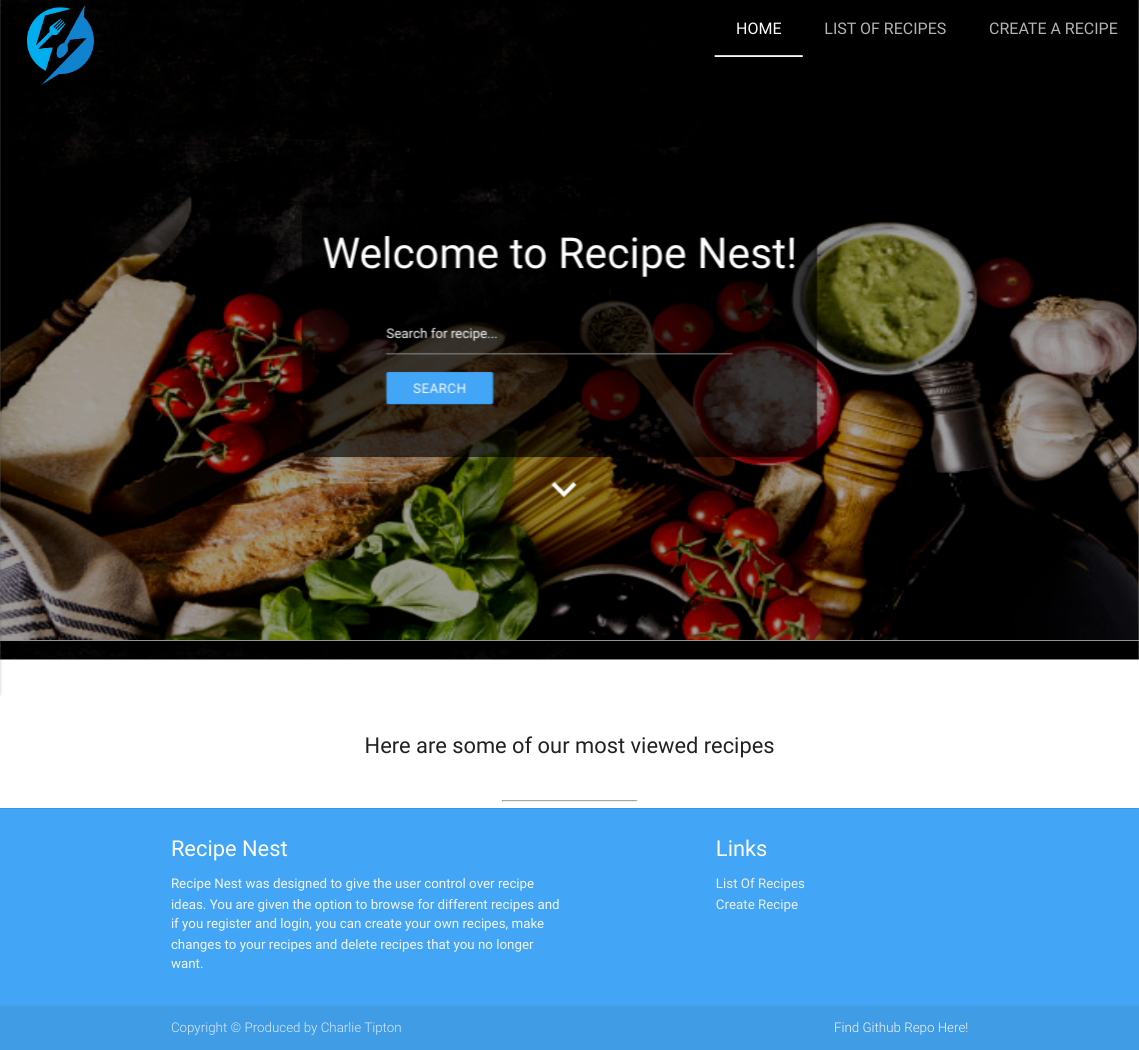
Repository: CharlieJT/Recipes
Page: http://localhost/
The author's editor kept a record of every edit. The page is drawn from the files as they stood at one moment, then again after the next edit.
The browser window is 1280 px wide. The pictures show the whole page, at 89% of full size.
Backgrounds fixed to the window are drawn as part of the page. Some web libraries are served in a nearby version. The page is served by the project's application, run on Flask 3 (app.py). Queries for data that is not in the repository find no rows.

Above is the page before.

### templates/index.html
{% extends 'base.html' %} {% block content %}


<div class="container-fluid main-image-container">
    <div class="opaque-background" />
    <div class="row">
        <div class="col main-recipe-images-column">
            <div class="main-recipe-images">
            </div>
        </div>
    </div>


    <div class="container-fluid title-container">
        <div class="row">
            <div class="col main-heading-column">
                <div class="row">
                    <div class="col s12">
                        <h1>Welcome to Recipe Nest!</h1>
                    </div>
                    <div class="container">
                        <div class="row">
                            <form class="col s12">
                                <div class="row search-bar-row">
                                    <div class="input-field col s12">
                                        <input id="search" type="text" class="validate">
                                        <label for="search">Search for recipe...</label>
                                        <div class="search-button">
                                            <button class="btn waves-effect waves-light blue lighten-1" type="submit" name="action">Search</button>
                                        </div>
                                    </div>
                                </div>
                            </form>
                        </div>
                    </div>
                </div>
            </div>
            <div class="col s12">
                <a class="down-arrow-link" href="#recipe-container">
                <i class="material-icons down-arrow">keyboard_arrow_down</i>
            </a>
            </div>
        </div>
    </div>


    <!-- Each Recipe Card -->

    <div id="recipe-container" class="container-fluid ">
        <div class="row recipe-row">
            <div class="mostly-viewed-heading-column col s12">
                <h5>Here are some of our most viewed recipes</h5>
            </div>
            <hr class='most-viewed-divider'> {% for recipe in recipes %}
            <div class="col s12 m4 l4 card-container">
                <div class="card-surrounding">
                    <div class="card">
                        <div class="card-image waves-effect waves-block waves-light">
                            <img class="activator" src="{{recipe.recipe_image_url}}">
                        </div>
                        <div class="card-content">
                            <div class='card-title-spacer'>
                                <div class="card-title activator grey-text text-darken-4 recipe-name">{{recipe.recipe_name}}<i class="material-icons right more-info">more_vert</i></div>
                            </div>
                            <button class="btn waves-effect waves-light blue lighten-1" type="submit" name="action">View more recipes</button>
                        </div>
                        <div class="card-reveal recipe-close">
                            <span class="card-title grey-text text-darken-4">{{recipe.recipe_name}}<i class="material-icons right">close</i></span>
                            <p>{{recipe.recipe_description}}</p>
                        </div>
                    </div>
                </div>
            </div>
            {% endfor %}
        </div>
    </div>

    {% endblock %}

### templates/base.html
<!DOCTYPE html>
<html>

<head>
    <!--Import Google Icon Font-->
    <link href="https://fonts.googleapis.com/icon?family=Material+Icons" rel="stylesheet">

    <!--Import materialize.css-->
    <link rel="stylesheet" href="https://cdnjs.cloudflare.com/ajax/libs/materialize/0.100.2/css/materialize.min.css">

    <!-- Exteral styles -->
    <link rel="stylesheet" href="{{url_for('static', filename='css/base.css')}}" type="text/css" />
    <link rel="stylesheet" href="{{url_for('static', filename='css/index.css')}}" type="text/css" />
    <link href="https://fonts.googleapis.com/icon?family=Material+Icons" rel="stylesheet">

    <!-- Favicon -->
    <link rel="icon" href="{{ url_for('static', filename='/images/favicon.ico') }}" type="image/x-icon" />

    <!--Let browser know website is optimized for mobile-->
    <meta name="viewport" content="width=device-width, initial-scale=1.0" />

    <title>Recipe Nest</title>
</head>

<body>
    <!-- Main Navbar -->
    <nav class="navbar-container N/A transparent">
        <div class="nav-wrapper">
            <a href="/" id="recipes-logo">
                <img class="recipe-logo-image" src="static/images/recipe-nest.png" alt="Recipes Logo"/>
            </a>
            <a href="#" data-activates="mobile-demo" class="button-collapse"><i class="material-icons">menu</i></a>
            <ul id="nav-mobile" class="right hide-on-med-and-down">
                <ul class="tabs tabs-transparent">
                    <li class="tab"><a class="active" href="#test1">Home</a></li>
                    <li class="tab"><a href="#test2">List of Recipes</a></li>
                    <li class="tab"><a href="#test3">Create a Recipe</a></li>
                </ul>
            </ul>
        </div>
    </nav>
    <ul class="side-nav" id="mobile-demo">
        <li class="tab"><a class="active" href="#test1">Home</a></li>
        <li class="tab"><a href="#test2">List of Recipes</a></li>
        <li class="tab"><a href="#test3">Create a Recipe</a></li>
    </ul>

    {% block content %} {% endblock %}

    <!-- Footer -->
    <footer class="page-footer blue lighten-1">
        <div class="container">
            <div class="row">
                <div class="col l6 s12">
                    <h5 class="white-text">Recipe Nest</h5>
                    <p class="grey-text text-lighten-4"></p>
                    <p class="grey-text text-lighten-4">Recipe Nest was designed to give the user control over recipe ideas.
                    You are given the option to browse for different recipes and if you register and login,
                    you can create your own recipes, make changes to your recipes and delete recipes that you no longer want.</p>
                </div>
                <div class="col l4 offset-l2 s12">
                    <h5 class="white-text">Links</h5>
                    <ul>
                        <li><a class="grey-text text-lighten-3" href="#!">List Of Recipes</a></li>
                        <li><a class="grey-text text-lighten-3" href="#!">Create Recipe</a></li>
                    </ul>
                </div>
            </div>
        </div>
        <div class="footer-copyright">
            <div class="container">
                Copyright © Produced by Charlie Tipton
                <a class="grey-text text-lighten-4 right" href="https://github.com/CharlieJT/Repices" target="_blank">Find Github Repo Here!</a>
            </div>
        </div>
    </footer>

    <a href="#" class="to-top"></a>

    <script src="https://cdnjs.cloudflare.com/ajax/libs/jquery/3.2.1/jquery.min.js"></script>
    <script src="https://cdnjs.cloudflare.com/ajax/libs/materialize/0.100.2/js/materialize.min.js"></script>
    <script src="{{url_for('static', filename='js/script.js')}}"></script>
</body>

</html>

### app.py
import os
from flask import Flask, render_template, redirect, url_for, request
from flask_pymongo import PyMongo
from bson.objectid import ObjectId

app = Flask(__name__)

app.config["MONGO_DBNAME"] = 'myRecipes'
app.config['MONGO_URI'] = os.environ.get("MONGO_URI")

mongo = PyMongo(app)

@app.route('/')
@app.route('/index')
def index():
    return render_template('index.html', recipes=mongo.db.recipes.find())


if __name__ == '__main__':
    app.run(host=os.environ.get('IP'),
            port=int(os.environ.get('PORT')),
            debug=True)

### static/css/base.css
/* ---------- Home Page Cards ----------*/

.recipe-card {
    background-color: #fff;
    padding: 20px;
    margin: 2em 0;
    border-radius: 10px;
    text-align: center;
}

.recipe-image {
    display: flex;
    justify-content: center;
    width: 100%;
    border-radius: 10px;
    margin: auto;
}

.recipe-view-more-button {
    display: flex;
    justify-content: center;
    width: 100%;
}

/* ---------- Main Nav Bar ----------*/

.navbar-container {
    position: fixed;
    box-shadow: none;
    height: 64px;
    line-height: 64px;
    transition: background-color 0.3s ease-in, box-shadow 0.3s ease-in;
}

.logo-image {
    background: url(../images/main-logo-image.png);
}

#recipes-logo {
    float: right;
}

.recipe-logo-image {
    width: 80px;
    transition: width 0.15s ease-in;
    margin: 0 20px;
}

.brand-logo {
    right: 3 !important;
}

.tabs {
    height: 64px;
}

.tab a {
    font-size: 1.2em !important;
}

.tab {
    line-height: 64px !important;
}


@media only screen and (min-width: 992px) {
    #recipes-logo {
        float: left;
    }
}

### static/css/index.css
/* ---------- Main Image ----------*/

.title-container {
    display: flex;
    align-items: center;
    height: 100vh;
    color: #fff;
}

.main-heading-column {
    background-color: #000000a6;
    border-radius: 10px;
}

.title-container .row {
    opacity: 0;
    animation: FadeInGreeting 1.5s 1s forwards ease-in-out;
}

.title-container h1 {
    text-align: center;
    font-size: 3.2rem;
}

.down-arrow-link {
    color: white;
}

.down-arrow {
    display: flex !important;
    position: absolute;
    left: 49vw;
    right: 50vw;
    font-size: 3.7rem !important;
    justify-content: center;
    animation: scrollDown 0.4s alternate-reverse infinite ease-in-out;
}

.main-image-container {
    background: url(../images/recipe-nest-main-image.png) fixed center center no-repeat;
    height: 100%;
}

.main-recipe-images-column {
    padding: 0 !important;
}

main-recipe-images-column {
    height: 80vh;
}

.opaque-background {
    background-color: #00000061;
}

/* label color */

.input-field label {
    color: #fff;
}

/* label focus color */

.input-field input[type=text]:focus+label {
    color: #fff;
}

/* label underline focus color */

.input-field input[type=text]:focus {
    border-bottom: 1px solid #fff;
    box-shadow: 0 1px 0 0 #000;
}

/* valid color */

.input-field input[type=text].valid {
    border-bottom: 1px solid #fff;
    box-shadow: 0 1px 0 0 #fff;
}

/* invalid color */

.input-field input[type=text].invalid {
    border-bottom: 1px solid #fff;
    box-shadow: 0 1px 0 0 #fff;
}

/* label focus color */

.input-field input:focus+label {
    color: #42a5f5 !important;
}

/* label underline focus color */

.row .input-field input:focus {
    border-bottom: 1px solid #42a5f5 !important;
    box-shadow: 0 1px 0 0 #42a5f5 !important;
}

.recipe-search-bar:focus {
    border-bottom: 1px solid #42a5f5 !important;
    -webkit-box-shadow: 0 1px 0 0 #26a69a !important;
    box-shadow: 0 1px 0 0 #42a5f5 !important;
}

/* ---------- Recipe Cards ----------*/

#recipe-container {
    background-color: #fff;
}

.card-surrounding {
    max-width: 265px;
    margin: auto;
}

.card {
    margin: 4.5rem 0 3.5rem 0;
}

.most-viewed-divider {
    width: 150px;
}

.mostly-viewed-heading-column {
    margin: 60px;
    margin: 5.5rem auto 3.2rem;
}

.mostly-viewed-heading-column h5 {
    text-align: center;
    margin: auto;
}

#recipe-container .row {
    margin: 0;
}

#recipe-container .col {
    padding: 0 2.75rem;
}

.recipe-name,
.recipe-close {
    position: relative;
    width: 100%;
}

.recipe-name i {
    top: 0;
    right: -15px;
}

.recipe-close i {
    position: absolute;
    right: 0;
    top: 0;
    margin-top: 30px;
    margin-right: 12px;
}

.card-title-spacer {
    display: flex;
    height: 120px;
}

.more-info {
    position: absolute;
}

/* ---------- Media Queries ----------*/

@media only screen and (min-width: 1050px) {
    .main-image-container {
        background-size: 100%;
    }
}

/* ---------- Keyframes (Animations) ----------*/

@-webkit-keyframes scrollDown {
    from {
        margin-top: 0;
    }
    to {
        margin-top: 8px;
    }
}

@keyframes scrollDown {
    from {
        margin-top: 0;
    }
    to {
        margin-top: 8px;
    }
}

@-webkit-keyframes FadeInGreeting {
    from {
        opacity: 0;
    }
    to {
        opacity: 1;
    }
}

@keyframes FadeInGreeting {
    from {
        opacity: 0;
    }
    to {
        opacity: 1;
    }
}

### static/js/script.js
/*
Whatever code is written inside the JQuery ready method will run once the page Document Object Modal (DOM)
is ready to execute JavaScript code.
*/

$(document).ready(() => {
    // This is the jquery that gives the mobile burger icon the ability to toggle the mobile sidedrawer
    $('.button-collapse').sideNav();

    // Will check to see if the window has been scrolled 50px from the top
    $(window).scroll(() => {
        const joinedNATransparent = ['N/A', 'transparent'].join(' ');
        if ($(document).scrollTop() > 50) {
            $(".navbar-container").removeClass(joinedNATransparent).css('background-color', '#000000a3');
            $(".recipe-logo-image").css({ 'width': '66px', 'margin-top': '0px' });
            $('.to-top').css('opacity', '1');
        }
        else {
            $(".navbar-container").addClass(joinedNATransparent);
            $(".recipe-logo-image").css({ 'width': '95px', 'margin-top': '5px' });
            $('.to-top').css('opacity', '0');
        }
    });
});

After the next edit:
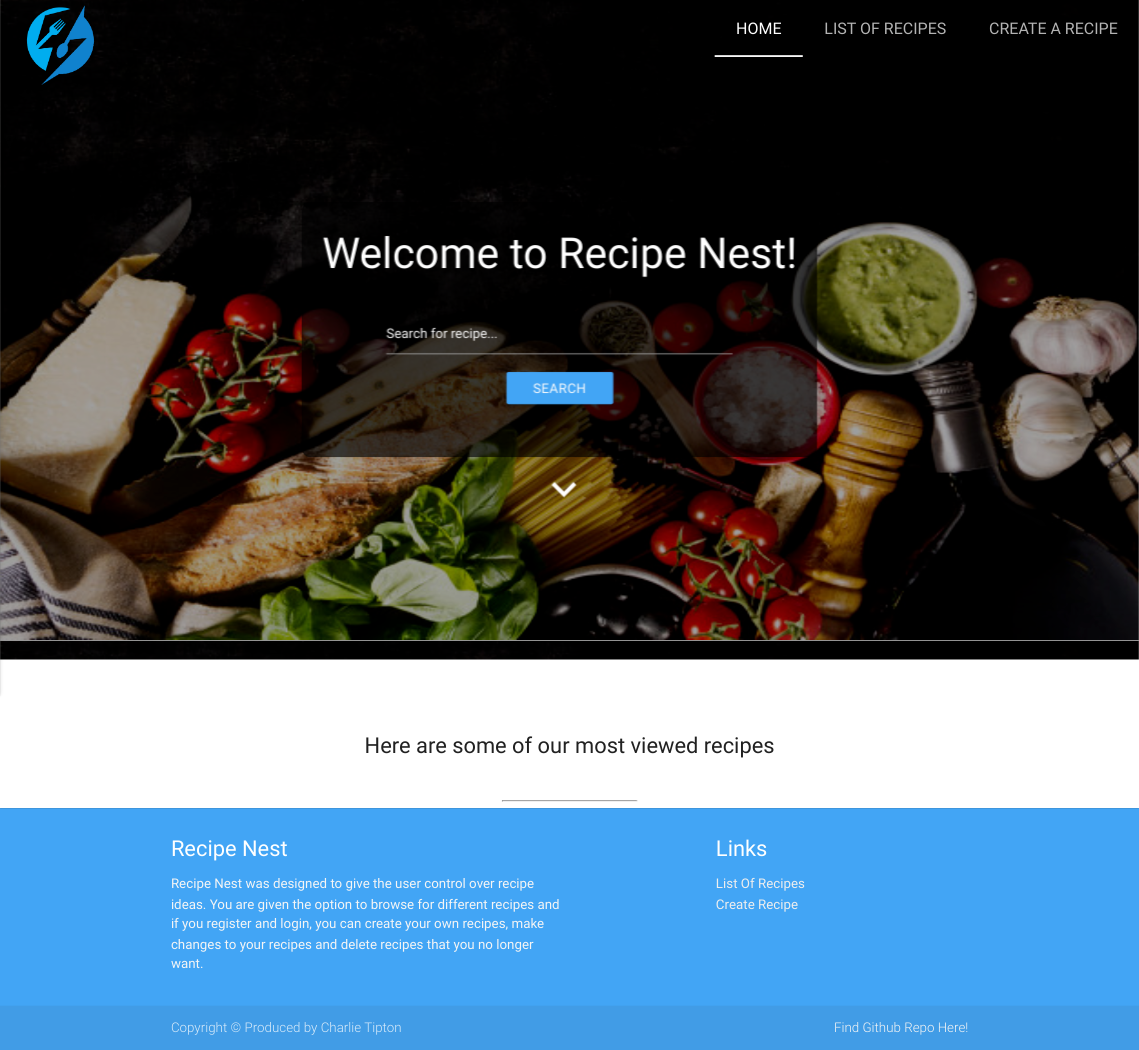
The edit:
--- a/static/css/index.css
+++ b/static/css/index.css
@@ -20,6 +20,11 @@
 .title-container h1 {
     text-align: center;
     font-size: 3.2rem;
+}
+
+.search-button {
+    display: flex;
+    justify-content: center;
 }
 
 .down-arrow-link {
